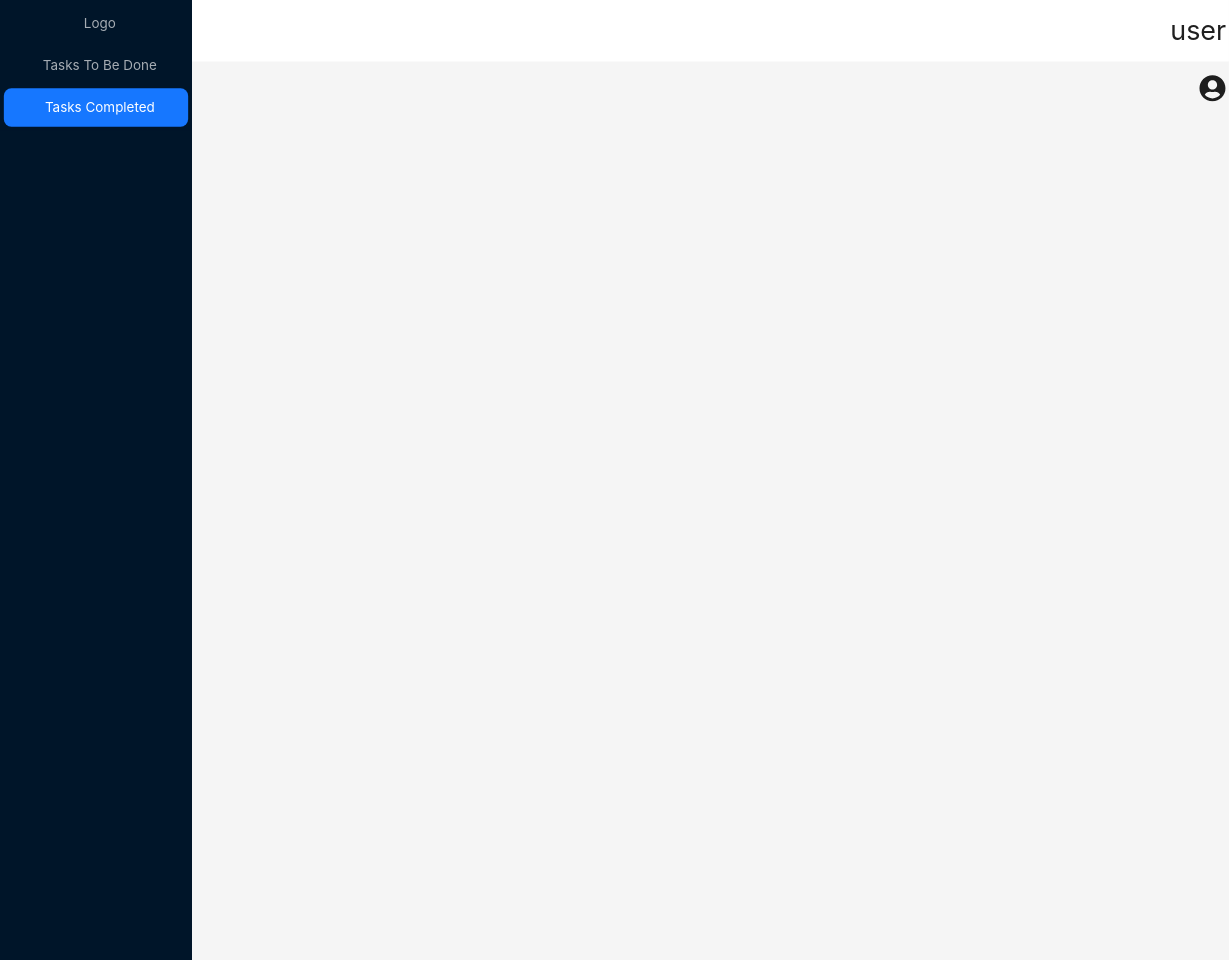
Repository: runner855/todolist_new
Page: /
The author's editor kept a copy of each file at every save. The page is drawn from the files as they stood at one save, then again after the next save.
The browser window is 1280 px wide. The pictures show the whole page, at 96% of full size.
The project was rebuilt for these pictures with package versions that can differ from the ones it lists, and the page was loaded fresh each time.

Above is the page before, as saved 2023-03-19 17:17:14.

After the next save:
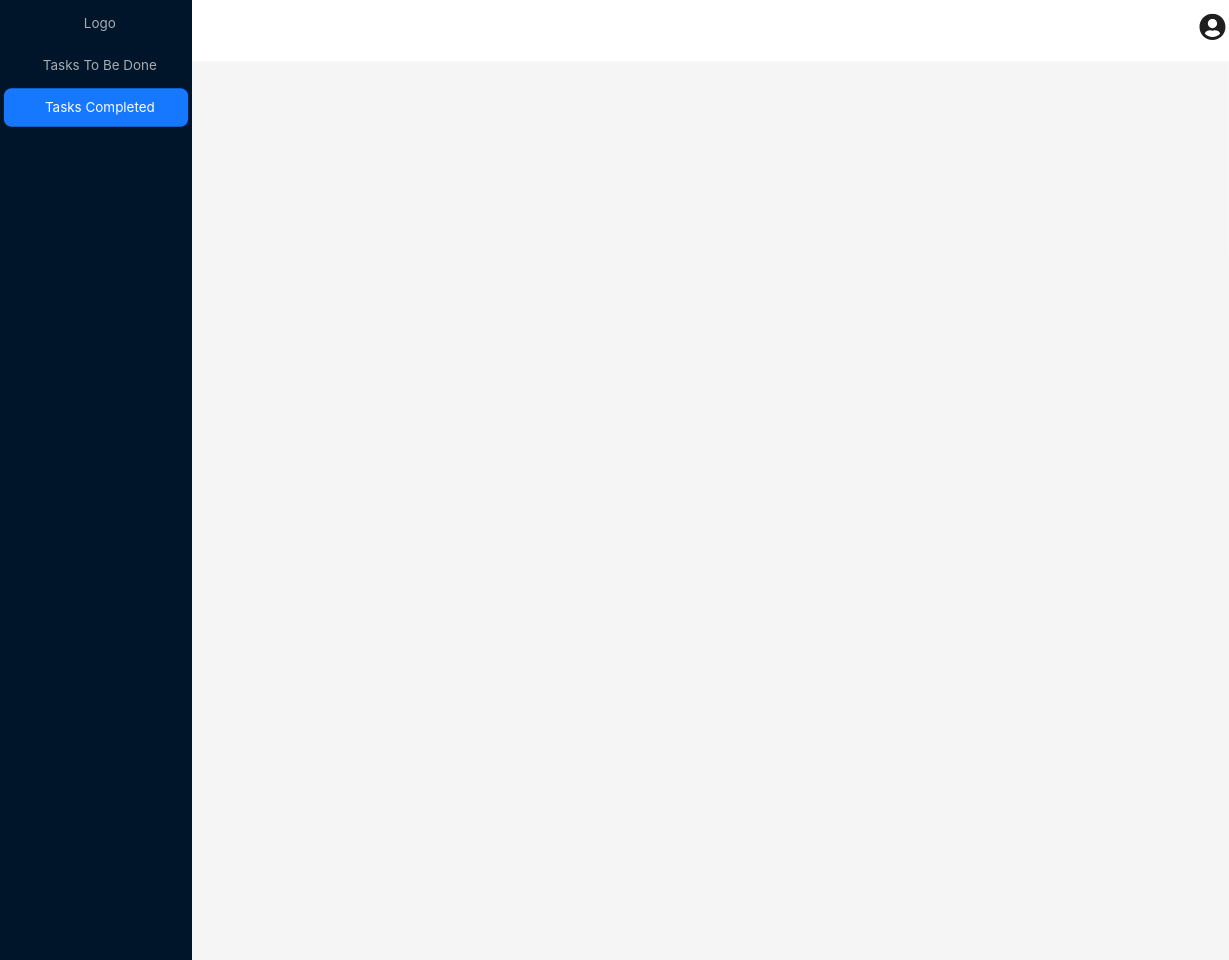
Saved 26 s later.
--- a/src/components/NavBar/NavBar.tsx
+++ b/src/components/NavBar/NavBar.tsx
@@ -44,7 +44,7 @@ export const NavBar = () => {
       </Sider>
       <Layout>
         <Header style={{ padding: 0, background: colorBgContainer }}>
-        <div className='avatar'><div className='username'>user</div><FaUserCircle/></div>
+        <div className='avatar container'><FaUserCircle/></div>
 
         </Header>
       </Layout>
